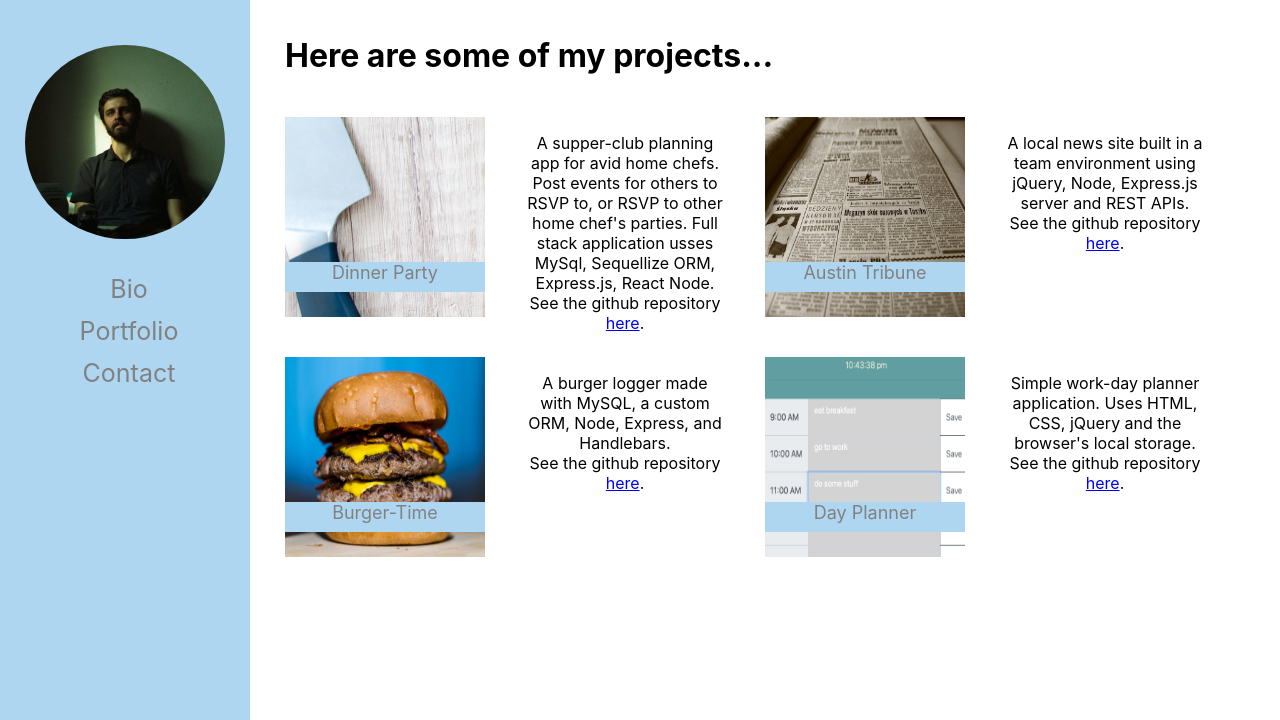
Repository: joeldelatte/react-portfolio
Page: / (app in client/)
These files come from the project's save history. The page is drawn as it stood at one moment and after the next save; the edit follows.
The browser window is 1280 px wide. The pictures show the whole page.
The project was rebuilt for these pictures with package versions that can differ from the ones it lists, and the page was loaded fresh each time. Also part of the build but not shown: client/src/App.css, client/src/Components/Bio/bio.css, client/src/Components/Bio/Bio.js, client/src/Components/Contact/contact.css, client/src/Components/Contact/Contact.js.

Above is the page before, as saved 2020-05-14 14:31:44.

### client/public/index.html
<!doctype html>
<html lang="en">
  <head>
    <meta charset="utf-8">
    <meta name="viewport" content="width=device-width, initial-scale=1, shrink-to-fit=no">
    <meta name="theme-color" content="#000000">
    <!--
      manifest.json provides metadata used when your web app is added to the
      homescreen on Android. See https://developers.google.com/web/fundamentals/engage-and-retain/web-app-manifest/
    -->
    <link rel="manifest" href="%PUBLIC_URL%/manifest.json">
    <link rel="shortcut icon" href="%PUBLIC_URL%/favicon.ico">
    <!--
      Notice the use of %PUBLIC_URL% in the tags above.
      It will be replaced with the URL of the `public` folder during the build.
      Only files inside the `public` folder can be referenced from the HTML.

      Unlike "/favicon.ico" or "favicon.ico", "%PUBLIC_URL%/favicon.ico" will
      work correctly both with client-side routing and a non-root public URL.
      Learn how to configure a non-root public URL by running `npm run build`.
    -->
    <title>Joel Delatte</title>
  </head>
  <body>
    <noscript>
      You need to enable JavaScript to run this app.
    </noscript>
    <div id="root"></div>
    <!--
      This HTML file is a template.
      If you open it directly in the browser, you will see an empty page.

      You can add webfonts, meta tags, or analytics to this file.
      The build step will place the bundled scripts into the <body> tag.

      To begin the development, run `npm start` or `yarn start`.
      To create a production bundle, use `npm run build` or `yarn build`.
    -->
  </body>
</html>

### client/src/App.js
import React from 'react';
import {BrowserRouter as Router, Route, Switch, Link} from "react-router-dom";
import './App.css';
import Bio from "./Components/Bio/Bio";
import Nav from "./Page/Nav";
import Contact from "./Components/Contact/Contact"
import Portfolio from "./Components/Portfolio/Portfolio"

export default function App() {
  return (
    <>
      <Router>
        <Nav />
        <Switch>
          <Route exact path="/bio">
            <Bio />
          </Route>
          <Route exact path="/contact">
            <Contact />
          </Route>
          <Route exact path="/">
            <Portfolio />
          </Route>
        </Switch>
      </Router>
    </>
  );
}

### client/src/Page/Nav.js
import React from "react";
import {BrowserRouter as Router, Route, Switch, Link} from "react-router-dom";
import Avatar from "./Avatar";
import "./Page.css";

function Nav () {
    return (
        // <div className="header">
            <div className="nav">
                <Avatar />
                <Link to="/bio" >Bio</Link>
                <Link to="/">Portfolio</Link>
                <Link to="/contact">Contact</Link>
            </div>
        // </div>
    )
};

export default Nav;

### client/src/Components/Portfolio/Portfolio.js
import React, {useState} from "react";

import Dayplanner from "../Portfolio/images/dayplanner.png";
import NewsPaper from "../Portfolio/images/austin1.jpeg";
import Burger from "../Portfolio/images/burger.jpg"
import Knife from "../Portfolio/images/knife.png"

import './portfolio.css';

export default function Portfolio() {


    return (
        <>
          <div className="portfolio">
              <h1>Here are some of my projects...</h1>
                <div className="projectBox"  >
                  <a href="https://rocky-meadow-16617.herokuapp.com/" target="_blank">
                    <img className="projectPhoto" src={Knife}></img>
                    <section className="projectLabel">Dinner Party</section>
                  </a>
                </div>
                <div className="projectBox">
                  <p>A supper-club planning app for avid home chefs. Post events for others to RSVP to, or RSVP to other home chef's parties.
                    Full stack application usses MySql, Sequellize ORM, Express.js, React Node.
                    <br></br>
                    See the github repository <a href="https://github.com/joeldelatte/Poject_3_Dinner_Party">here</a>.
                  </p>
                </div>
                <div className="projectBox">
                  <a href="https://mmoritz8.github.io/Project-1/Joel_art/arts.html" target="_blank">
                    <img className="projectPhoto" src={NewsPaper}></img>
                    <section className="projectLabel">Austin Tribune</section>
                  </a>
                </div>
                <div className="projectBox">
                  <p>A local news site built in a team environment using jQuery, Node, Express.js server and REST APIs.
                    <br></br>
                    See the github repository <a href="https://github.com/mmoritz8/Project-1">here</a>.
                  </p>
                </div>
                <div className="projectBox">
                  <a href="https://boiling-lowlands-78090.herokuapp.com/" target="_blank">
                    <img className="projectPhoto" src={Burger}></img>
                    <section className="projectLabel">Burger-Time</section>
                  </a>
                </div>
                <div className="projectBox">
                  <p>A burger logger made with MySQL, a custom ORM, Node, Express, and Handlebars.
                    <br></br>
                    See the github repository <a href="https://github.com/joeldelatte/eat-da-burger">here</a>.
                  </p>
                </div>
                <div className="projectBox">
                  <a href="https://joeldelatte.github.io/day-planner/" target="_blank">
                    <img className="projectPhoto" src={Dayplanner}></img>
                    <section className="projectLabel">Day Planner</section>
                  </a>
                </div>
                <div className="projectBox">
                  <p>Simple work-day planner application. Uses HTML, CSS, jQuery and the browser's local storage.
                    <br></br>
                    See the github repository <a href="https://github.com/joeldelatte/day-planner">here</a>.
                  </p>
                </div>
          </div>
        </>
    )
}

### client/src/Page/Avatar.js
import React from "react";
import Portrait from "./images/joel_d.png"
import "./Page.css";

const styles = {
    maxWidth: 200,
    maxHeight: 200,
    borderRadius: 100,
    marginLeft: 25
};

function Avatar () {

    return (
      <div>
          <img src={Portrait} alt="avatar"  className="avatar" /> {/* style={styles} */}
      </div>
    );
};

export default Avatar;

### client/src/Page/Page.css
.nav {
    height: 100%;
    position: fixed;
    z-index: 1;
    top: 0;
    left: 0;
    background-color: #AED6F1;
    overflow-x: hidden;
    padding-top: 20px;
}

.nav a {
    padding: 6px 8px 6px 16px;
    text-decoration: none;
    font-size: 25px;
    color: #818181;
    display: block;
    text-align: center;
  }

.nav a:hover {
    color: #f1f1f1;
}

.avatar {
    max-width: 200px;
    max-height: 200px;
    border-radius: 100%;
    margin: 25px;
}

@media only screen and (max-width: 768px) {
    .sideNav {
        width: 100px;
    }
    .sideNav a {
        font-size: 15px;
    }
    .avatar {
        max-width: 75px;
        max-height: 75px;
        border-radius: 100;
        margin-left: 15px;
    }
}

### client/src/Components/Portfolio/portfolio.css
.portfolio {
    margin-left: 250px;
    padding: 15px;
}

.portfolio h1 {
    margin-left: 20px;
}

.projectBox {
    width: 200px;
    height: 200px;
    float: left;
    position: relative;
    text-align: center;
    margin: 20px;
}

.projectLabel {
    color: #818181;
    text-align: center;
    font-size: large;
    background-color: #aed6f1;
    width: 200px;
    height: 30px;
    padding: 4;
    position: absolute;
    top: 80%;
    left: 50%;
    transform: translate(-50%, -50%);

}

.projectPhoto {
    width: 200px;
    height: 200px;
    float: left;
    position: relative;
    text-align: center;
}

.move {
    padding-left: 45px;
    box-sizing: content-box;
}

@media only screen and (max-width: 768px) {
    .move {
        padding-left: 130px;
        box-sizing: content-box;
    }
    .portfolio {
        margin-left: 110px;
    }

    .portfolio h1 {
        margin-left: 20px;
    }

    .projectBox {
        min-width: 200px;
        min-height: 200px;
        font-size: small;
        float: left;
        position: relative;
        text-align: center;
        margin: 20px;
    }

    .projectLabel {
        color: #818181;
        text-align: center;
        font-size: large;
        background-color: #aed6f1;
        width: 200px;
        height: 30px;
        padding: 15;
        position: absolute;
        top: 80%;
        left: 50%;
        transform: translate(-50%, -50%);

    }

    .projectPhoto {
        width: 200px;
        height: 200px;
        float: left;
        position: relative;
        text-align: center;
    }


}

Loaded but not shown: client/src/index.js (common file); client/src/index.css (common file); client/src/serviceWorker.js (common file)

After the next save:
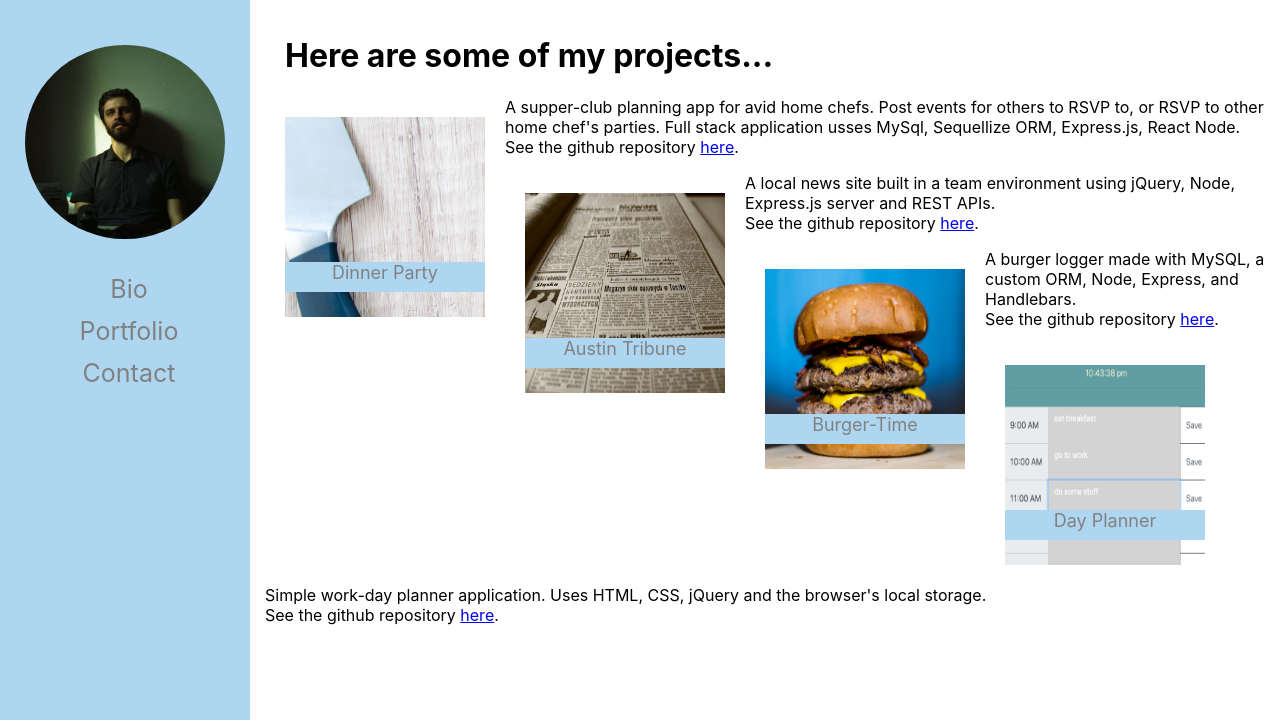
Saved 55 s later.
--- a/client/src/Components/Portfolio/Portfolio.js
+++ b/client/src/Components/Portfolio/Portfolio.js
@@ -20,7 +20,7 @@ export default function Portfolio() {
                     <section className="projectLabel">Dinner Party</section>
                   </a>
                 </div>
-                <div className="projectBox">
+                <div className="projectText">
                   <p>A supper-club planning app for avid home chefs. Post events for others to RSVP to, or RSVP to other home chef's parties.
                     Full stack application usses MySql, Sequellize ORM, Express.js, React Node.
                     <br></br>
@@ -33,7 +33,7 @@ export default function Portfolio() {
                     <section className="projectLabel">Austin Tribune</section>
                   </a>
                 </div>
-                <div className="projectBox">
+                <div className="projectText">
                   <p>A local news site built in a team environment using jQuery, Node, Express.js server and REST APIs.
                     <br></br>
                     See the github repository <a href="https://github.com/mmoritz8/Project-1">here</a>.
@@ -45,7 +45,7 @@ export default function Portfolio() {
                     <section className="projectLabel">Burger-Time</section>
                   </a>
                 </div>
-                <div className="projectBox">
+                <div className="projectText">
                   <p>A burger logger made with MySQL, a custom ORM, Node, Express, and Handlebars.
                     <br></br>
                     See the github repository <a href="https://github.com/joeldelatte/eat-da-burger">here</a>.
@@ -57,7 +57,7 @@ export default function Portfolio() {
                     <section className="projectLabel">Day Planner</section>
                   </a>
                 </div>
-                <div className="projectBox">
+                <div className="projectText">
                   <p>Simple work-day planner application. Uses HTML, CSS, jQuery and the browser's local storage.
                     <br></br>
                     See the github repository <a href="https://github.com/joeldelatte/day-planner">here</a>.
